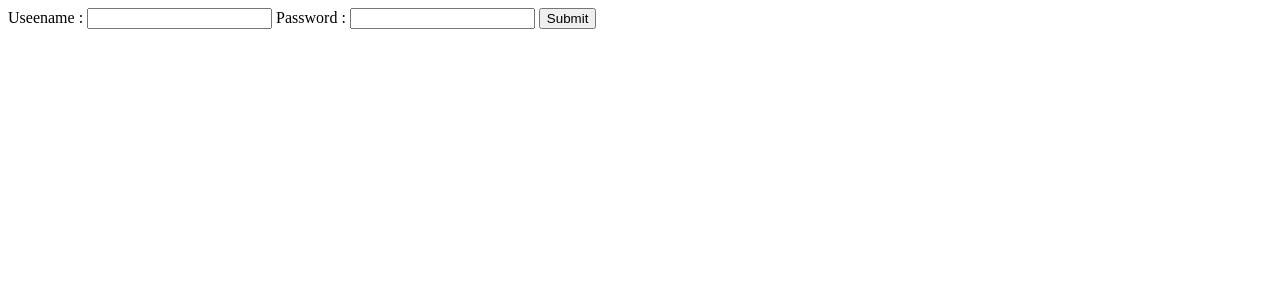
Repository: adityakansara1/JavaContent
Page: SWT1/WebContent/index.html
An editor plug-in stored every save of this project. The page is shown before and after the next save, followed by the edit.
The browser window is 1280 px wide. The pictures show the whole page.

Above is the page before, as saved 2020-08-09 05:49:26.

### SWT1/WebContent/index.html
<!DOCTYPE html>
<html>
<head>
<meta charset="ISO-8859-1">
<title>Insert title here</title>
</head>
<body>
	<form action="Servlet" method="post">
		Useename : <input type="email" name="email" required="required">
		Password : <input type="password" name="password" required="required">
		<input type="submit">
	</form>
</body>
</html>

After the next save:
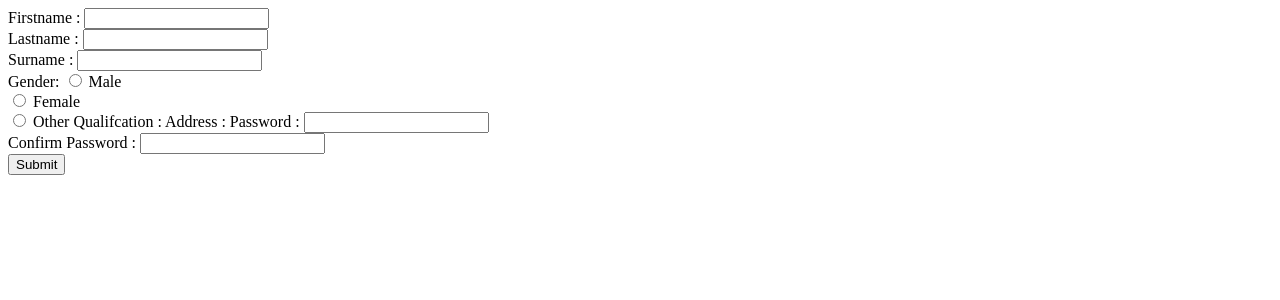
Saved 13 min 22 s later.
--- a/SWT1/WebContent/index.html
+++ b/SWT1/WebContent/index.html
@@ -6,8 +6,20 @@
 </head>
 <body>
 	<form action="Servlet" method="post">
-		Useename : <input type="email" name="email" required="required">
-		Password : <input type="password" name="password" required="required">
+		Firstname : <input type="text" name="fName" required="required"><br>
+		Lastname : <input type="text" name="lName" required="required"><br>
+		Surname : <input type=text" name="sName" required="required"><br>
+		Gender: <input type="radio" id="male" name="gender" value="male" required="required" />
+				<label for="male">Male</label><br>
+				<input type="radio" id="female" name="gender" value="female" required="required" />
+				<label for="female">Female</label><br>
+				<input type="radio" id="other" name="gender" value="other" required="required" />
+				<label for="other">Other</label>
+		Qualifcation :
+		Address :
+		Password : <input type="password" name="password" required="required"><br>
+		Confirm Password :	<input type="password" name="confirmPassword" required="required"><br>
+
 		<input type="submit">
 	</form>
 </body>
